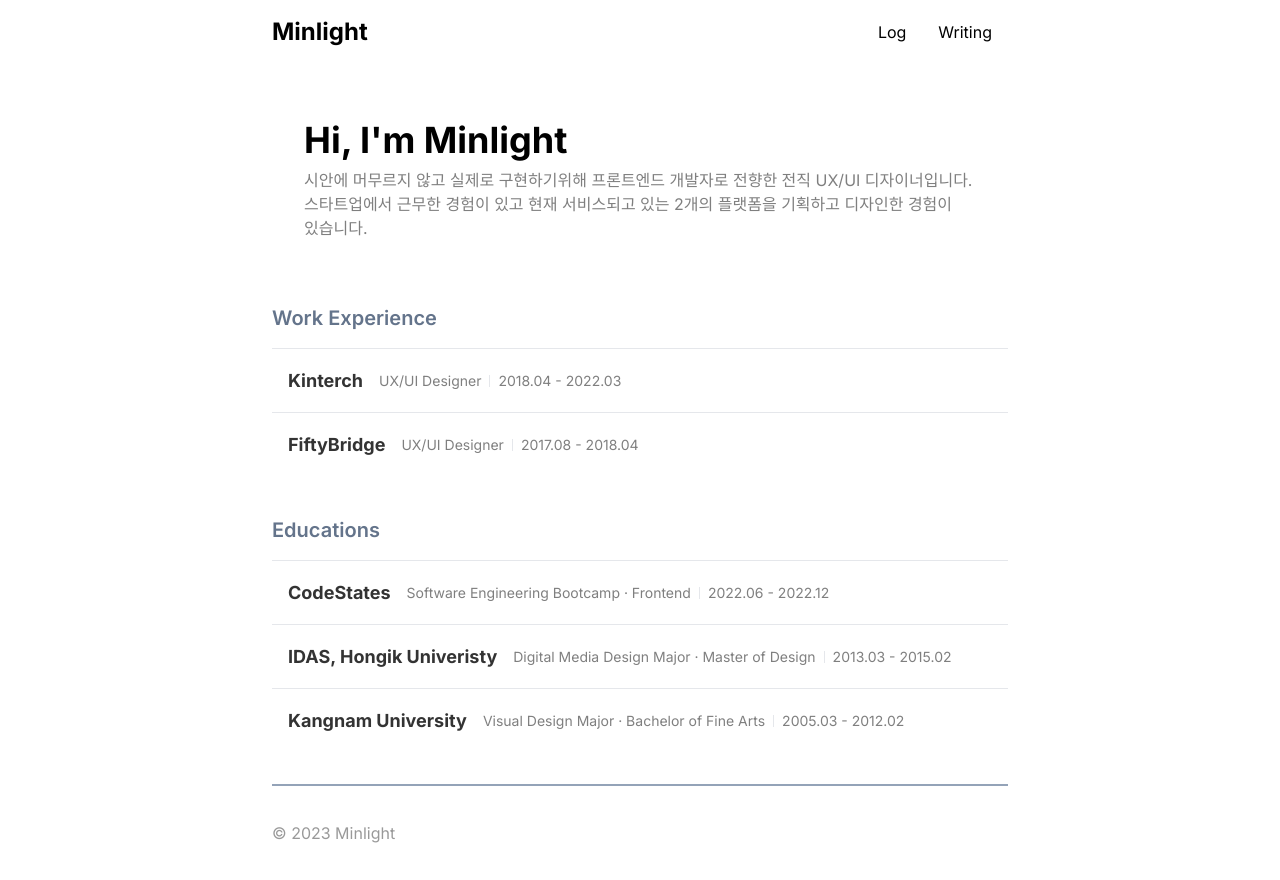
Repository: kwngmin/minlight-log
Page: /
The author's editor kept a copy of each file at every save. The page is drawn from the files as they stood at one save, then again after the next save.
The browser window is 1280 px wide. The pictures show the whole page.
The project was rebuilt for these pictures with package versions that can differ from the ones it lists, and the page was loaded fresh each time. The framework's server and built-in components were replaced by stand-ins that run in the browser. Also part of the build but not shown: next.config.js.

Above is the page before, as saved 2023-04-12 16:40:10.

### src/app/layout.tsx
import "./globals.css";
import Footer from "@/components/Footer";
import Header from "@/components/Header";

import { Inter } from "next/font/google";
const inter = Inter({ subsets: ["latin"] });

export const metadata = {
  title: {
    default: "Minlight",
    template: "Minlight | %s",
  },
  description: "Minlight log",
};

export default function RootLayout({
  children,
}: {
  children: React.ReactNode;
}) {
  return (
    <html lang="en" className={inter.className}>
      <body className="flex flex-col max-w-screen-md mx-auto px-4">
        <Header />
        <main className="">{children}</main>
        <Footer />
      </body>
    </html>
  );
}

### src/app/page.tsx
import TableGroup from "@/components/TableGroup";
import Title from "@/components/Title";

const titleData = {
  title: `Hi, I'm Minlight`,
  description: `시안에 머무르지 않고 실제로 구현하기위해 프론트엔드 개발자로 전향한 전직 UX/UI 디자이너입니다. 스타트업에서 근무한
경험이 있고 현재 서비스되고 있는 2개의 플랫폼을 기획하고 디자인한 경험이 있습니다.`,
};

export default function Home() {
  return (
    <section>
      <Title titleData={titleData} />
      <TableGroup />
    </section>
  );
}

### src/app/globals.css
@tailwind base;
@tailwind components;
@tailwind utilities;

* {
  box-sizing: border-box;
  padding: 0;
  margin: 0;
}
/*
:root {
  --max-width: 1100px;
  --border-radius: 12px;
  --font-mono: ui-monospace, Menlo, Monaco, "Cascadia Mono", "Segoe UI Mono",
    "Roboto Mono", "Oxygen Mono", "Ubuntu Monospace", "Source Code Pro",
    "Fira Mono", "Droid Sans Mono", "Courier New", monospace;

  --foreground-rgb: 0, 0, 0;
  --background-start-rgb: 214, 219, 220;
  --background-end-rgb: 255, 255, 255;

  --primary-glow: conic-gradient(
    from 180deg at 50% 50%,
    #16abff33 0deg,
    #0885ff33 55deg,
    #54d6ff33 120deg,
    #0071ff33 160deg,
    transparent 360deg
  );
  --secondary-glow: radial-gradient(
    rgba(255, 255, 255, 1),
    rgba(255, 255, 255, 0)
  );

  --tile-start-rgb: 239, 245, 249;
  --tile-end-rgb: 228, 232, 233;
  --tile-border: conic-gradient(
    #00000080,
    #00000040,
    #00000030,
    #00000020,
    #00000010,
    #00000010,
    #00000080
  );

  --callout-rgb: 238, 240, 241;
  --callout-border-rgb: 172, 175, 176;
  --card-rgb: 180, 185, 188;
  --card-border-rgb: 131, 134, 135;
}

@media (prefers-color-scheme: dark) {
  :root {
    --foreground-rgb: 255, 255, 255;
    --background-start-rgb: 0, 0, 0;
    --background-end-rgb: 0, 0, 0;

    --primary-glow: radial-gradient(rgba(1, 65, 255, 0.4), rgba(1, 65, 255, 0));
    --secondary-glow: linear-gradient(
      to bottom right,
      rgba(1, 65, 255, 0),
      rgba(1, 65, 255, 0),
      rgba(1, 65, 255, 0.3)
    );

    --tile-start-rgb: 2, 13, 46;
    --tile-end-rgb: 2, 5, 19;
    --tile-border: conic-gradient(
      #ffffff80,
      #ffffff40,
      #ffffff30,
      #ffffff20,
      #ffffff10,
      #ffffff10,
      #ffffff80
    );

    --callout-rgb: 20, 20, 20;
    --callout-border-rgb: 108, 108, 108;
    --card-rgb: 100, 100, 100;
    --card-border-rgb: 200, 200, 200;
  }
}

* {
  box-sizing: border-box;
  padding: 0;
  margin: 0;
}

html,
body {
  max-width: 100vw;
  overflow-x: hidden;
}

body {
  color: rgb(var(--foreground-rgb));
  background: linear-gradient(
      to bottom,
      transparent,
      rgb(var(--background-end-rgb))
    )
    rgb(var(--background-start-rgb));
}

a {
  color: inherit;
  text-decoration: none;
}

@media (prefers-color-scheme: dark) {
  html {
    color-scheme: dark;
  }
} */

### src/components/Footer.tsx
export default function Footer() {
  return (
    <section className="h-24 flex items-center border-t-2 mt-8 border-slate-400">
      <span className="text-black/40">© 2023 Minlight</span>
    </section>
  );
}

### src/components/Header.tsx
import Link from "next/link";

const navList = [
  { name: "Log", url: "/log" },
  { name: "Writing", url: "/log" },
];

export default function Header() {
  return (
    <section className="h-16 flex items-center justify-between">
      <Link href="/" className="text-2xl font-bold">
        Minlight
      </Link>
      <nav className="">
        {navList.map(({ name, url }) => (
          <Link href={url} key={name} className="px-4">
            {name}
          </Link>
        ))}
      </nav>
    </section>
  );
}

### src/components/TableGroup.tsx
import Table from "@/components/Table";

const careerData = [
  {
    head: "Kinterch",
    content: "UX/UI Designer",
    period: "2018.04 - 2022.03",
  },
  {
    head: "FiftyBridge",
    content: "UX/UI Designer",
    period: "2017.08 - 2018.04",
  },
];

const educateData = [
  {
    head: "CodeStates",
    content: "Software Engineering Bootcamp · Frontend",
    period: "2022.06 - 2022.12",
  },
  {
    head: "IDAS, Hongik Univeristy",
    content: "Digital Media Design Major · Master of Design",
    period: "2013.03 - 2015.02",
  },
  {
    head: "Kangnam University",
    content: "Visual Design Major · Bachelor of Fine Arts",
    period: "2005.03 - 2012.02",
  },
];

export default function TableGroup() {
  return (
    <section className="flex flex-col gap-10">
      <Table tableData={careerData} subject="Work Experience" />
      <Table tableData={educateData} subject="Educations" />
    </section>
  );
}

### src/components/Title.tsx
type TitleData = {
  title: string;
  description: string;
};
export default function Title({ titleData }: { titleData: TitleData }) {
  const { title, description } = titleData;
  return (
    <div className="pt-14 pb-16 px-4 lg:px-8">
      <h1 className="text-3xl md:text-4xl font-bold mb-2">{title}</h1>
      <p className="text-black/50 break-keep">{description}</p>
    </div>
  );
}

### src/components/Table.tsx
import { HtmlProps } from "next/dist/shared/lib/html-context";

type Props = {
  tableData: {
    head: string;
    content: string;
    period: string;
  }[];
  subject: string;
};

export default function Table({ tableData, subject }: Props) {
  return (
    <div>
      <h2 className="text-left text-xl font-semibold text-slate-500 pb-4">
        {subject}
      </h2>
      <ul>
        {tableData.map(({ head, content, period }) => (
          <li
            key={head}
            className="flex flex-col lg:flex-row lg:items-center justify-center lg:justify-start pt-4 pb-5 lg:py-0 lg:h-16 border-t gap-0 lg:gap-4 pl-4 lg:px-4"
          >
            <h3 className="font-bold text-lg text-black/80">{head}</h3>
            <section className="text-black/50 lg:text-sm flex items-center flex-wrap">
              {content}
              <div className="inline-block border-l h-3 mx-2 " />
              {period}
            </section>
          </li>
        ))}
      </ul>
    </div>
  );
}

Loaded but not shown: tailwind.config.js (common file)

After the next save:
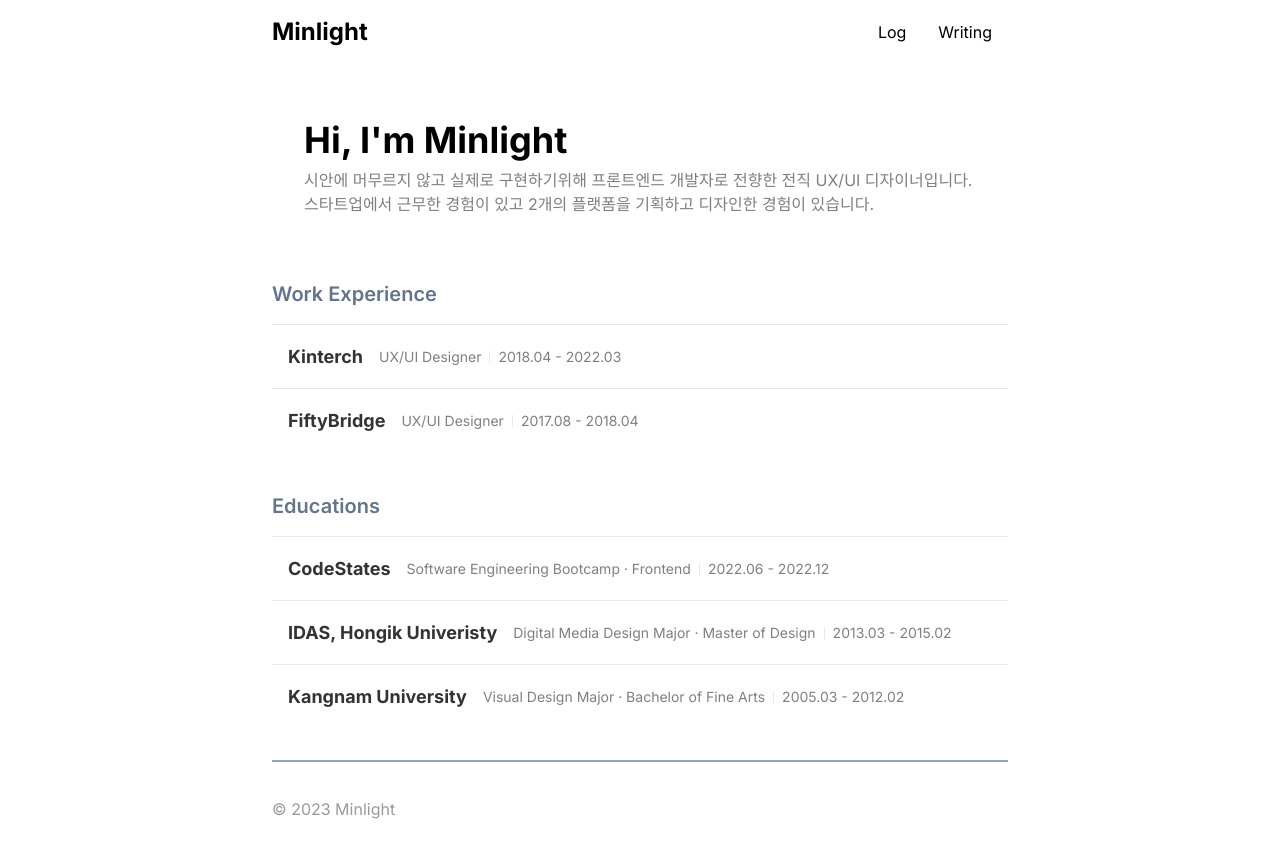
Saved 20 s later.
--- a/src/app/page.tsx
+++ b/src/app/page.tsx
@@ -4,7 +4,7 @@ import Title from "@/components/Title";
 const titleData = {
   title: `Hi, I'm Minlight`,
   description: `시안에 머무르지 않고 실제로 구현하기위해 프론트엔드 개발자로 전향한 전직 UX/UI 디자이너입니다. 스타트업에서 근무한
-경험이 있고 현재 서비스되고 있는 2개의 플랫폼을 기획하고 디자인한 경험이 있습니다.`,
+경험이 있고 2개의 플랫폼을 기획하고 디자인한 경험이 있습니다.`,
 };
 
 export default function Home() {
